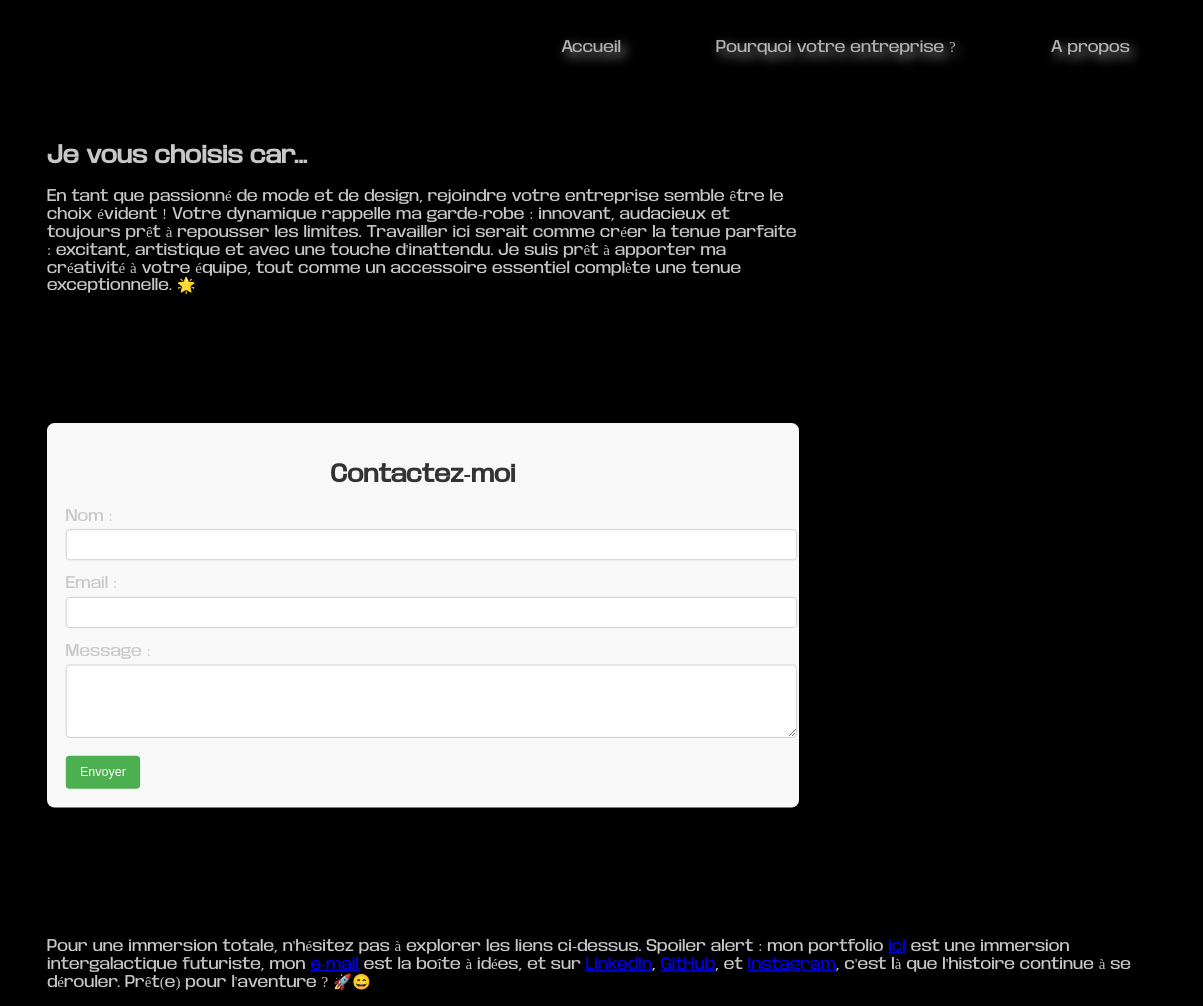
Repository: inessben/application
Page: about/about.html
An editor plug-in stored every save of this project. The page is shown before and after the next save, followed by the edit.
The browser window is 1280 px wide. The pictures show the whole page, at 94% of full size.

Above is the page before, as saved 2023-12-03 22:11:42.

### about/about.html
<!DOCTYPE html>
<html lang="en">
<head>
    <meta charset="UTF-8">
    <meta name="viewport" content="width=device-width, initial-scale=1.0">
    <!-- generate the icon -->
    <link rel="apple-touch-icon" sizes="180x180" href="/favicon/apple-touch-icon.png">
    <link rel="icon" type="image/png" sizes="32x32" href="/favicon/favicon-32x32.png">
    <link rel="icon" type="image/png" sizes="16x16" href="/favicon/favicon-16x16.png">
    <link rel="manifest" href="/favicon/site.webmanifest">
    <link rel="mask-icon" href="/favicon/safari-pinned-tab.svg" color="#5bbad5">
    <meta name="msapplication-TileColor" content="#da532c">
    <!--  -->
    <meta name="theme-color" content="#ffffff">
    <title>#slowlyApplication</title>
    <link rel="stylesheet" href="about.css">
</head>
<body>
    <section id="nav-header">
        <header class="nav-links">
            <a href="./index.html" class="link">Accueil</a>
            <a href="./company/company.html" class="link">Pourquoi votre entreprise ?</a>
            <a href="../../about/about.html" class="link">A propos</a>
        </header>
    </section>
    <section id="description">
        <h1>Je vous choisis car...</h1>
        <p> En tant que passionné de mode et de design, rejoindre votre entreprise semble être le choix évident ! Votre dynamique rappelle ma garde-robe : innovant, audacieux et toujours prêt à repousser les limites. Travailler ici serait comme créer la tenue parfaite : excitant, artistique et avec une touche d'inattendu. Je suis prêt à apporter ma créativité à votre équipe, tout comme un accessoire essentiel complète une tenue exceptionnelle. 🌟 </p>
    </section>

    <section id="contact-form-container">
        <form id="contact-form">
        <h2>Contactez-moi</h2>

        <label for="name">Nom :</label>
        <input type="text" id="name" name="name" required>

        <label for="email">Email :</label>
        <input type="email" id="email" name="email" required>

        <label for="message">Message :</label>
        <textarea id="message" name="message" rows="4" required></textarea>

        <button type="submit">Envoyer</button>
        </form>
    </section>

    <footer>
        <p>Pour une immersion totale, n'hésitez pas à explorer les liens ci-dessus. Spoiler alert : mon portfolio <a href="https://iness-portfolio.vercel.app/">ici</a> est une immersion intergalactique futuriste, mon <a href="mailto:ine.benss@gmail.com">e-mail</a> est la boîte à idées, et sur <a href="https://www.linkedin.com/in/iness-benaissa/">LinkedIn</a>, <a href="lien-vers-ton-github">GitHub</a>, et <a href="lien-vers-ton-insta">Instagram</a>, c'est là que l'histoire continue à se dérouler. Prêt(e) pour l'aventure ? 🚀😄</p>
    </footer>

</body>
</html>

### about/about.css

@font-face {
    font-family: "Jolley";
    src: url("/fonts/jolley.woff");
    }

@font-face {
    font-family: "Base Neue";
    src: url("/fonts/base-neue.ttf");
    }

html {
    scroll-behavior: smooth;
    }

body {
    margin: 0;
    font-family: "Base Neue";
    background-color: #000000;
    color: #c8c8c8;
    padding: 0;
    }

#nav-header {
    position: absolute;
    top: 30px;
    right: 20px;
    font-size: 16px;
    font-weight: 500;
    padding: 10px;
    }

.link {
    filter: drop-shadow(4px 5px 6px #b2b1b1);
    padding: 8px;
    text-decoration: none;
    color: #b3b3b3;
    margin: auto 40px;
    }

.link:hover {
    opacity: 0.7;
    }

#description{
    position: relative;
    top: 100px;
    margin: 50px;
    width: 800px;
    color: #c8c8c8;
    }

#contact-form-container {
    position: absolute;
    margin: 50px;
    top: 400px;
    width: 800px;
    }

#contact-form {
    position: absolute;
    background-color: #f8f8f8;
    padding: 20px;
    border-radius: 8px;
    box-shadow: 0 4px 8px rgba(0, 0, 0, 0.1);
    transition: transform 0.3s ease-in-out;
    }

#contact-form h2 {
    text-align: center;
    color: #333;
    }

#contact-form label {
    margin-top: 10px;
    }

#contact-form input,
#contact-form textarea {
    width: 100%;
    padding: 8px;
    margin-top: 5px;
    margin-bottom: 15px;
    border: 1px solid #ccc;
    border-radius: 4px;
    }

#contact-form button {
    background-color: #4caf50;
    color: white;
    border: none;
    padding: 10px 15px;
    border-radius: 4px;
    cursor: pointer;
    transition: background-color 0.3s ease-in-out;
    }

#contact-form button:hover {
    background-color: #45a049;
    }

#contact-form-container:hover #contact-form {
    transform: rotate(5deg);
    }

footer
{
    position: absolute;
    display: flex;
    align-items: center;
    justify-content: center;
    bottom: -400px;
    margin: 50px;
}

After the next save:
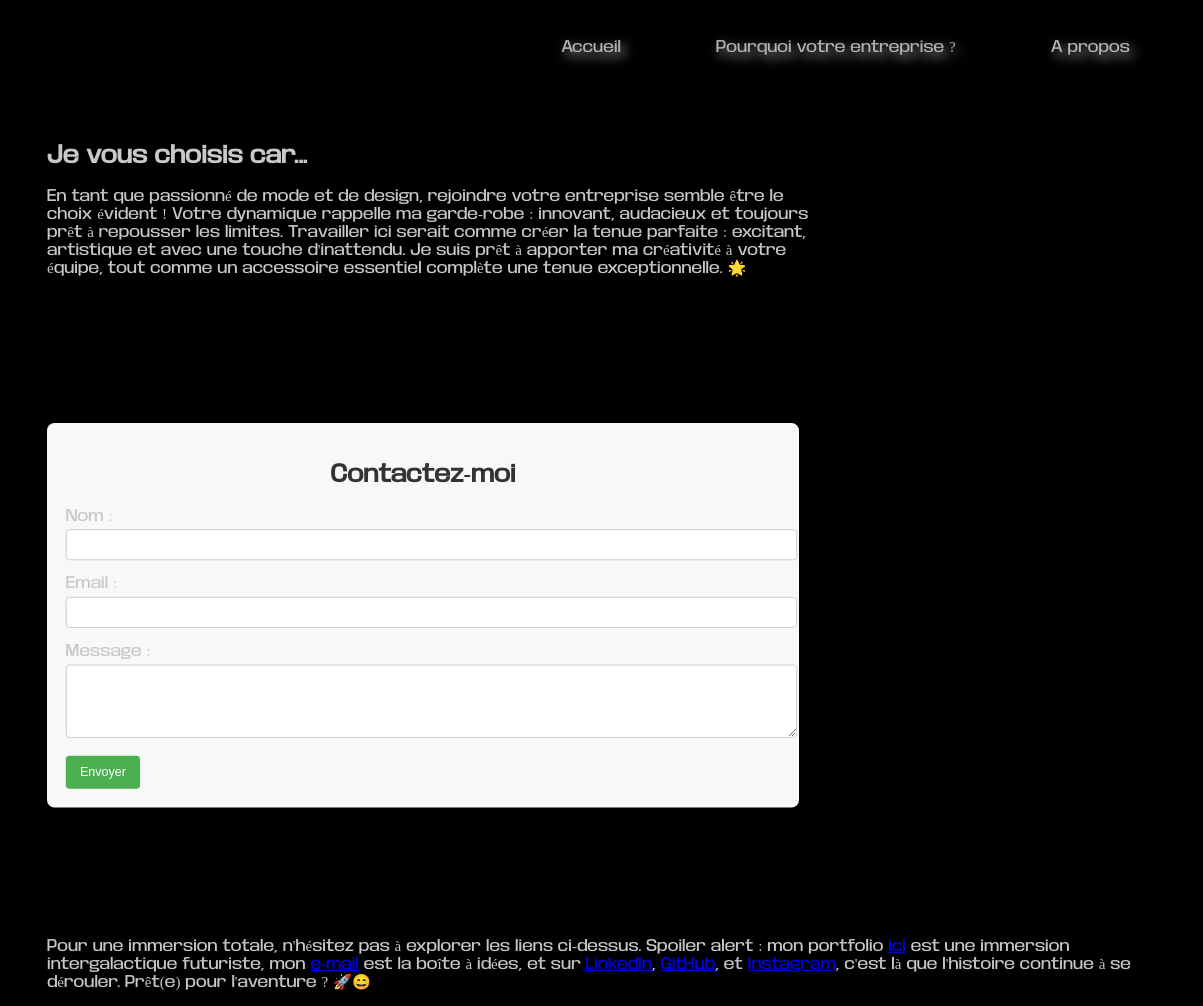
Saved 18 s later.
--- a/about/about.css
+++ b/about/about.css
@@ -46,7 +46,7 @@ body {
     position: relative;
     top: 100px;
     margin: 50px;
-    width: 800px;
+    width: 820px;
     color: #c8c8c8;
     }
 
